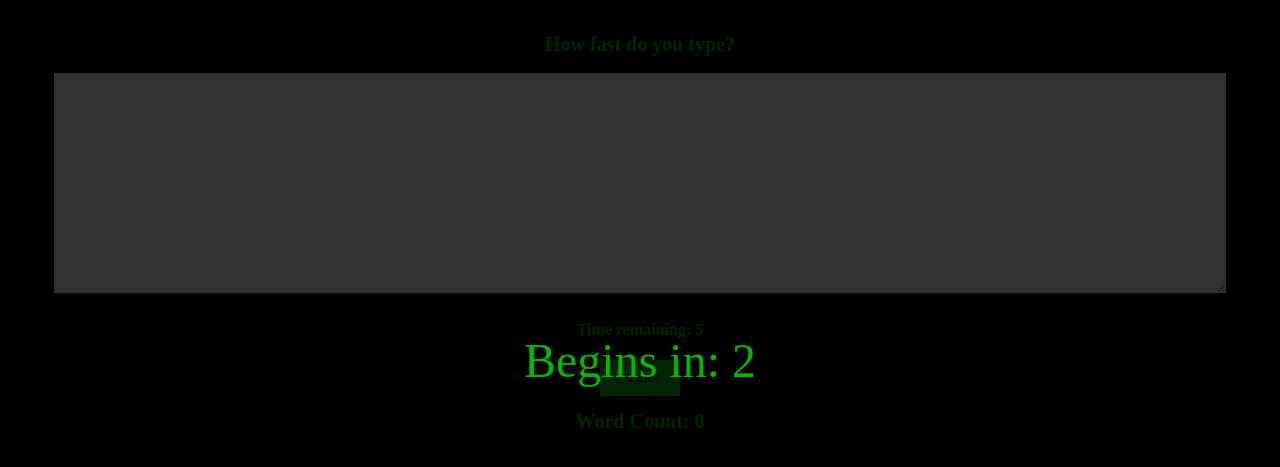
Repository: Lakshyyaa/Speed-Test
Page: /, after clicking the first element matching `button`
An editor plug-in stored every save of this project. The page is shown before and after the next save, followed by the edit.
The browser window is 1280 px wide. The pictures show the whole page.
The page's requests for data from a server got no answer. The project was rebuilt for these pictures with package versions that can differ from the ones it lists, and the page was loaded fresh each time. No one was signed in, and anything a server would have sent is missing. Also part of the build but not shown: src/Logic.js.

Above is the page before, as saved 2023-04-05 15:45:20.

### src/index.js
import React from 'react';
import ReactDOM from 'react-dom/client';
import App from './App';
import reportWebVitals from './reportWebVitals';
import styles from './styles.css'
const root = ReactDOM.createRoot(document.getElementById('root'));
root.render(
  //<React.StrictMode>
    <App />
  //</React.StrictMode>
);
reportWebVitals();

### src/App.js
// correct its css for speed tester
import React, { useState, useEffect, useRef, useContext } from "react";
import Logic from "./Logic";
function App(props) {
  const { handleChange, text, start, areaRef, time, handleStart, count } = Logic()
  const [timerText, setTimerText] = useState(5)
  const [words, setWords]=useState([])
  const countdowndiv = useRef(null)
  const maindiv = useRef(null)
  const countdown = () => {
    countdowndiv.current.style.display = 'block'
    maindiv.current.style.opacity = '0.2'
    timerLoop(5)
  }
  useEffect(() => {
    fetch('https://random-word-api.herokuapp.com/word?number=10')
      .then(x => x.json())
      .then(y => console.log(y))
  },[words])
  function timerLoop(i) {
    if (i > 0) {
      setTimerText(i)
      setTimeout(() => {
        i--
        timerLoop(i)
      }, 1000)
    }
    else if (i === 0) {
      handleStart();
      countdowndiv.current.style.display = 'none'
      maindiv.current.style.opacity = '1'
    }
  }
  return (
    <div>
      <div className="countdown" ref={countdowndiv}>
        Begins in: {timerText}
      </div>
      <div ref={maindiv}>
        <h1>How fast do you type?</h1>
        <textarea
          onChange={handleChange}
          value={text}
          disabled={!start}
          ref={areaRef}

        />
        <h4>Time remaining: {time}</h4>
        <button onClick={() => countdown()} disabled={start}>Start</button>
        {/* cant directly call the wordCount here like handleChange because event listener automatically passes the e */}
        <h1>Word Count: {count}</h1>
      </div>
    </div>
  )
}
export default App;

### src/styles.css
html,
body {
    background: black;
    color: #00b800;
    margin: 0;
    padding: 0;
    padding-top: 10px;
    text-align: center;
    font-family: 'Press Start 2P', cursive;
}

.countdown {
    z-index: 20;
    position: fixed;
    top: 50%;
    left: 50%;
    transform: translate(-50%, -50%);
    font-size: 3rem;
    display: none;
    height: 100;
}

body {
    font-weight: 400;
}

button {
    font-family: 'Press Start 2P', cursive;
    display: block;
    margin: 0 auto;
    border: none;
    background: #a80020;
    background: #00b800;
    padding: 10px 20px;
    text-transform: uppercase;
}

h1 {
    font-size: 20px;
}

textarea {
    font-family: 'Press Start 2P', cursive;
    border: 3px solid black;
    width: 90%;
    margin: 0 auto;
    outline: none;
    height: 200px;
    background: #00b800;
    padding: 10px;
}

button:disabled {
    background-color: aliceblue;
}

textarea:disabled {
    background-color: aliceblue;
}

Loaded but not shown: src/reportWebVitals.js (common file)

After the next save:
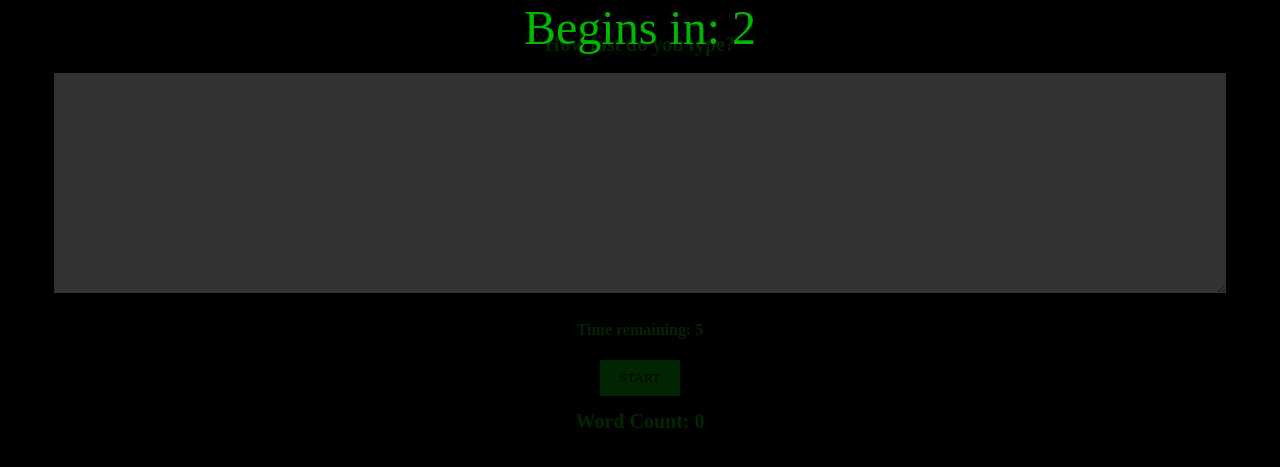
Saved 5 s later.
--- a/src/styles.css
+++ b/src/styles.css
@@ -17,7 +17,8 @@ body {
     transform: translate(-50%, -50%);
     font-size: 3rem;
     display: none;
-    height: 100;
+    height: 100%;
+    width: 100%;
 }
 
 body {
